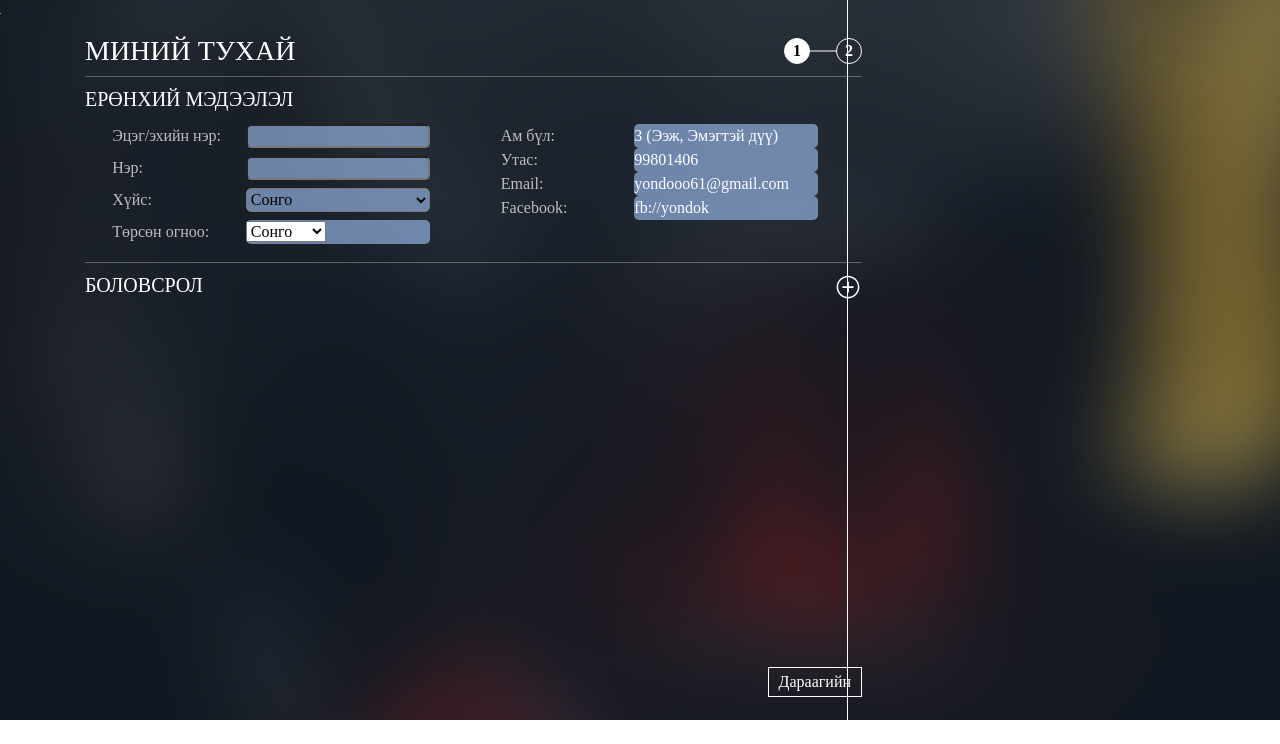
Repository: Yondo202/svProject
Page: /
An editor plug-in stored every save of this project. The page is shown before and after the next save, followed by the edit.
The browser window is 1280 px wide. The pictures show the whole page.
The project was rebuilt for these pictures with package versions that can differ from the ones it lists, and the page was loaded fresh each time. The framework's server and built-in components were replaced by stand-ins that run in the browser. Also part of the build but not shown: next.config.js, style/style.scss.

Above is the page before, as saved 2020-11-20 01:34:14.

### pages/_app.js
import React from "react";
import App from "next/app";
import '../style/style.scss'
import { AnimatePresence } from "framer-motion";
import { MenuProvider } from "@/miscs/ContextMenuProvider";
import { ThemeProvider } from "styled-components";
import * as theme from "@/miscs/theme";
import checkLanguage from "@/components/miscs/checkLanguage";

const base = "http://localhost:1337";

class MyApp extends App {
    state = {
        menu: [],
        completelyLoaded: false,
    };
    // async componentDidMount() {
    //     let res = await checkLanguage(queryString, null);
    //     this.setState({ completelyLoaded: true, menu: res.data.menu.Main});
    // }

    render() {
        const { Component, pageProps, router } = this.props;

        return (
            <ThemeProvider theme={theme}>
                <MenuProvider value={this.state}>
                    <AnimatePresence exitBeforeEnter>
                        <Component {...pageProps} key={router.route} />
                    </AnimatePresence>
                </MenuProvider>
            </ThemeProvider>
        );
    }
}

export default MyApp;

const queryString = ``

// const queryString = `
// {
// menu {
//     Main {
//     Title Slug Page {
//         Slug
//         }
//         }
//     }
// }`;

### pages/_document.js
import css from '../style/style.scss'
import Document, { Html, Head, Main, NextScript } from 'next/document'
import Pixel from "@/components/miscs/Pixel";

class MyDocument extends Document {
    render(){
        return(
            <Html lang="mn">
                <Head>
                    <link rel="stylesheet" href="https://stackpath.bootstrapcdn.com/bootstrap/4.3.1/css/bootstrap.min.css" integrity="sha384-ggOyR0iXCbMQv3Xipma34MD+dH/1fQ784/j6cY/iJTQUOhcWr7x9JvoRxT2MZw1T" crossOrigin="anonymous"/>
                    <link rel="shortcut icon" href="/img/ico.png" />
                    <link href="https://fonts.googleapis.com/css2?family=Roboto:wght@300;400;700&display=swap" rel="stylesheet"/>
                    <link href="https://fonts.googleapis.com/css2?family=Poppins:wght@300;400;500&display=swap" rel="stylesheet"></link>
                    <Pixel/>
                </Head>
                <body>
                    <Main/>
                    <NextScript/>
                </body>
            </Html>
        )
    }
}

export default MyDocument

### pages/index.js
import React from "react";
import { motion } from "framer-motion";
import Background from '../components/Top'
import Forms from '../components/mainForm'

function index() {
    return (
        <div>
            <Background />
            <Forms />
        </div>
    )
}

export default index




























// import Root from "@/core/Root";
// import ResolveComponent from "@/components/dynamic/ResolveComponent"
// import checkLanguage from "@/components/miscs/checkLanguage";
// import { MenuContext } from '@/miscs/ContextMenuProvider'
// import { useContext } from "react";

// const Index = ({ data }) => {

//     let { Layout } = data
//     const { completelyLoaded } = useContext(MenuContext);

//     return (
//         <motion.div exit={{ opacity: 0 }} initial={{ opacity: 0 }} animate={{ opacity: 1 }} >
//             <Root noFooter>
//                 {completelyLoaded &&
//                     <ResolveComponent data={Layout} />
//                 }
//             </Root>
//         </motion.div>
//     );

// };
// export default Index;

// export async function getServerSideProps({ params, req }) {
//     let res = await checkLanguage('/home', req, true);
//     return { props: { data: res.data } }
// }

### components/miscs/ContextMenuProvider.js
import React from 'react';

const MenuContext = React.createContext();

const MenuProvider = MenuContext.Provider
const MenuConsumer = MenuContext.Consumer

export {MenuProvider, MenuConsumer, MenuContext}

### components/miscs/theme.js
export const colorOne = "#532532";
export const colorTwo = "#123123";
export const fontSize = "16px";
export const fontFamily1 = "Poppins', sans-serif"

### components/miscs/checkLanguage.js
import fetch from "node-fetch";
import parseCookies from '@/miscs/parseCookies';

const checkLanguage = async (queryString, req, normal) =>{

    const cookies = parseCookies(req);
    const httpObject = { method: 'post', headers: { 'Content-Type': 'application/json'}, body: JSON.stringify({ query: `query ${queryString}`})}

    if(normal){
        return new Promise(async(resolve, reject) => {
            if(cookies['tb-lang'] === "en"){
                const res = await fetch(`http://localhost:1337${queryString}`);
                const pageData = await res.json();
                return resolve({data: pageData});
            }
            else{
                const res = await fetch(`http://localhost:1337${queryString}`);
                const pageData = await res.json();
                return resolve({data: pageData});
            }
        })
    }

    return new Promise(async(resolve, reject)=>{
      if(cookies['tb-lang'] === "en"){
          const res = await fetch('http://localhost:1337/graphql', httpObject)
          const pageData = await res.json()
          return resolve({data: pageData.data});
      }
      else{
          const res = await fetch('http://localhost:1337/graphql', httpObject)
          const pageData = await res.json()
          return resolve({data: pageData.data});
      }
    })

}

export default checkLanguage

### components/miscs/Pixel.js
import React from "react";

export default () => (
    <React.Fragment>
        <script
            dangerouslySetInnerHTML={{
                __html: `!function(f,b,e,v,n,t,s){if(f.fbq)return;n=f.fbq=function(){n.callMethod?n.callMethod.apply(n,arguments):n.queue.push(arguments)};if(!f._fbq)f._fbq=n;n.push=n;n.loaded=!0;n.version='2.0';n.queue=[];t=b.createElement(e);t.async=!0;t.src=v;s=b.getElementsByTagName(e)[0];s.parentNode.insertBefore(t,s)}(window,document,'script','https://connect.facebook.net/en_US/fbevents.js');fbq('init', '626874991348714'); fbq('track', 'PageView');`,
            }}
        />
        <noscript
            dangerouslySetInnerHTML={{
                __html: `<img height="1" width="1" src="https://www.facebook.com/tr?id=626874991348714&ev=PageView&noscript=1"/>`,
            }}
        />
    </React.Fragment>
);

### components/Top.js
// import React from 'react';

// const Test = ({data}) => {
//     return (
//         <div>
//             {data.Title && <h1>{data.Title}hahhaha</h1>}
//         </div>
//     );
// };

// export default Test;

import React from 'react'
import styled from 'styled-components'
function top({data}) {
    return (
        <Conainer style={{backgroundImage:"url('/img/Blur.png')"}}>
        </Conainer>
    )
}

export default top


const Conainer = styled.div`
    color:white;
    background-size: cover;
    background-position:center center;
    min-height: 80vh;
    max-height: 100vh;
    height: 100vh;
    width: 100%;
    position: fixed;
    top:0;
    z-index: -2;
`

### components/miscs/parseCookies.js
import cookie from 'cookie'

export default function parseCookies(req) {
    return cookie.parse(req ? req.headers.cookie || "" : document.cookie);
}

### components/form1.js
import React,{useState} from 'react'
import styled from 'styled-components'
import Modal from 'react-modal';
import {IoIosAddCircleOutline} from 'react-icons/io'
import {RiAddLine} from 'react-icons/ri'
import Education from '../components/education'
import Axios from 'axios';


const customStyles = {
    content : {
      top                   : '50%',
      left                  : '50%',
      right                 : 'auto',
      bottom                : 'auto',
      marginRight           : '-50%',
      transform             : 'translate(-50%, -50%)'
    }
  };

function form1() {
    var subtitle;
    const [modalIsOpen,setIsOpen] = React.useState(false);
    function openModal() {
      setIsOpen(true);
    }
    function closeModal(){
    setIsOpen(false);
    }
    const [Value,setValue] = useState('хоосон');


    const handleClick = async (e) =>{
        e.preventDefault();
        let rs = document.querySelectorAll('.getinput');
        let arr = Array.from(rs);
        let final = {};
        arr.map(element=>{
            let field = element.name;
            let value = element.value;
            final[field] = value
        });
        console.log(final, "kekeke")
        await Axios.post('http://localhost:1337/forms', final);
    }
    // const capitalize = (s) => {
    //     if (typeof s !== 'string') return ''
    //     return s.charAt(0).toUpperCase() + s.slice(1)
    //   }

    return (
        <Conainer>
            <div className="headerPAr">
                <h5 className="title">ЕРӨНХИЙ МЭДЭЭЛЭЛ</h5>
            </div>
            <div className="ParentInfo">
                <div className="colOne">
                    <div className="main-info">
                        <label className="B">Эцэг/эхийн нэр:</label>
                        <input className="getinput val" type="text" name="parent" />
                    </div>
                    <div className="main-info">
                        <label className="B">Нэр:</label>
                        <input className="getinput val" type="text" name="name" />
                    </div>
                    <div className="main-info">
                        <label className="B">Хүйс:</label>
                        <select className="getinput val" name="sex" placeholder="сүно">
                            <option value="" >Сонго</option>
                            <option value="man">Эрэгтэй</option>
                            <option value="women">Эмэгтэй</option>
                        </select>
                    </div>
                    <div className="main-info">
                        <label className="B">Төрсөн огноо:</label>
                        <div className="val">
                            <select className="getinput" name="sex" placeholder="сүно">
                                <option value="" >Сонго</option>
                                <option value="man">Эрэгтэй</option>
                                <option value="women">Эмэгтэй</option>
                            </select>
                        </div>

                    </div>
                </div>

                <div className="colOne">
                    <div className="main-info">
                        <span className="B">Ам бүл:</span>
                        <span className="val">3 (Ээж, Эмэгтэй дүү)</span>
                    </div>
                    <div className="main-info">
                        <span className="B">Утас:</span>
                        <span className="val">99801406</span>
                    </div>
                    <div className="main-info">
                        <span className="B">Email:</span>
                        <span className="val">yondooo61@gmail.com</span>
                    </div>
                    <div className="main-info">
                        <span className="B">Facebook:</span>
                        <span className="val">fb://yondok</span>
                    </div>
                </div>
            </div>

            <Education />
        </Conainer>
    )
}

export default form1

const Conainer = styled.div`
    padding-top:10px;
    .headerPAr{
        width:70%;
        display:flex;
        flex-direction:row;
        justify-content:space-between;
        margin-bottom:5px;
        .svgBtn{
            cursor:pointer;
            font-size:28px;
            border-radius:50%;
            transition:all 0.3s ease;
            &:hover{
                color:black;
                background:white;
            }
        }
    }
    .ParentInfo{
         display:flex;
         flex-direction: row;
         justify-content:space-around;
         width:70%;
         font-size:16px;
         border-bottom: solid 0.5px rgba(255,255,255, 0.3);
         padding-bottom:10px;
         .colOne{
             width:43%;
             .main-info{
                display:flex;
                flex-direction:row;
                justify-content:start;

                 .B{
                     color:rgba(255,255,255, 0.7);
                     width:40%;
                 }
                 .val{
                    border-radius:5px;
                    width:55%;
                    background:rgba(166,200,255, 0.6);
                    height:24px;
                 }
             }
         }
    }
    @media only screen and (max-width:786px){
        .headerPAr{
            width:100%;
        }
        .ParentInfo{
            flex-direction: column;
            width:100%;
            .colOne{
                width:100%;
            }
        }
    }
`

### components/form2.js
import React from 'react'
import styled from 'styled-components'
import Modal from 'react-modal';
import {IoIosAddCircleOutline} from 'react-icons/io'
import {RiAddLine} from 'react-icons/ri'
import Education from '../components/education'


const customStyles = {
    content : {
      top                   : '50%',
      left                  : '50%',
      right                 : 'auto',
      bottom                : 'auto',
      marginRight           : '-50%',
      transform             : 'translate(-50%, -50%)'
    }
  };

function form2() {
    var subtitle;
    const [modalIsOpen,setIsOpen] = React.useState(false);
    function openModal() {
      setIsOpen(true);
    }
    function afterOpenModal() {
        // references are now sync'd and can be accessed.
        subtitle.style.color = '#0E3232';
      }
    function closeModal(){
    setIsOpen(false);
    }
    return (
        <Conainer>
            <div className="headerPAr">
                <h5 className="title">ЕРӨНХИЙ МЭДЭЭЛЭЛ</h5>
                <div>
                <IoIosAddCircleOutline  className="svgBtn" onClick={openModal} />
                {/* <span  className="svgBtn" onClick={openModal}>+</span> */}
                    <Modal
                        isOpen={modalIsOpen}
                        onAfterOpen={afterOpenModal}
                        onRequestClose={closeModal}
                        style={customStyles}
                        contentLabel="Example Modal"
                    >
                        {/* <h2 ref={_subtitle => (subtitle = _subtitle)}>Hello</h2> */}
                        <button onClick={closeModal}>close</button>
                        <form>
                            {/* <input />
                            <button>tab navigation</button>
                            <button>stays</button>
                            <button>inside</button>
                            <button>the modal</button> */}
                        </form>
                    </Modal>
                    </div>
                </div>
            <div className="ParentInfo">
                <div className="colOne">
                    <div className="main-info">
                        <span className="B">Эцэг/эхийн нэр:</span>
                        <span className="val">Гантулга</span>
                    </div>
                    <div className="main-info">
                        <span className="B">Нэр:</span>
                        <span className="val">Ёндонжамц</span>
                    </div>
                    <div className="main-info">
                        <span className="B">Хүйс:</span>
                        <span className="val">Эр</span>
                    </div>
                    <div className="main-info">
                        <span className="B">Төрсөн огноо:</span>
                        <span className="val">1996-05-10</span>
                    </div>
                </div>

                <div className="colOne">
                    <div className="main-info">
                        <span className="B">Ам бүл:</span>
                        <span className="val">3 (Ээж, Эмэгтэй дүү)</span>
                    </div>
                    <div className="main-info">
                        <span className="B">Утас:</span>
                        <span className="val">99801406</span>
                    </div>
                    <div className="main-info">
                        <span className="B">Email:</span>
                        <span className="val">yondooo61@gmail.com</span>
                    </div>
                    <div className="main-info">
                        <span className="B">Facebook:</span>
                        <span className="val">fb://yondok</span>
                    </div>
                </div>
            </div>

            <Education />
        </Conainer>
    )
}

export default form2

const Conainer = styled.div`
    padding-top:10px;
    .headerPAr{
        width:70%;
        display:flex;
        flex-direction:row;
        justify-content:space-between;
        margin-bottom:5px;
        .svgBtn{
            cursor:pointer;
            font-size:28px;
            border-radius:50%;
            transition:all 0.3s ease;
            &:hover{
                color:black;
                background:white;
            }
        }
    }
    .ParentInfo{
         display:flex;
         flex-direction: row;
         justify-content:space-around;
         width:70%;
         font-size:16px;
         border-bottom: solid 0.5px rgba(255,255,255, 0.3);
         padding-bottom:10px;
         .colOne{
             width:43%;
             .main-info{
                display:flex;
                flex-direction:row;
                justify-content:space-between;

                 .B{
                     color:rgba(255,255,255, 0.7);
                     width:40%;
                 }
                 .val{
                    // margin-left:15px;
                    width:55%;
                 }
             }
         }
    }
`

### components/education.js
import React from 'react'
import styled from 'styled-components'
import {IoIosAddCircleOutline} from 'react-icons/io'
import Modal from 'react-modal';

const customStyles = {
    content : {
      top                   : '50%',
      left                  : '50%',
      right                 : 'auto',
      bottom                : 'auto',
      marginRight           : '-50%',
      transform             : 'translate(-50%, -50%)'
    }
  };
function education() {
    var subtitle;
    const [modalIsOpen,setIsOpen] = React.useState(false);
    function openModal() {
      setIsOpen(true);
    }
    function afterOpenModal() {
        // references are now sync'd and can be accessed.
        subtitle.style.color = '#0E3232';
      }
    function closeModal(){
    setIsOpen(false);
    }


    return (
        <Container>
            <div className="headerPAr">
                <h5 className="title">БОЛОВСРОЛ</h5>
                <div>
                <IoIosAddCircleOutline className="svgBtn" onClick={openModal} />
                    <Modal
                        isOpen={modalIsOpen}
                        onAfterOpen={afterOpenModal}
                        onRequestClose={closeModal}
                        style={customStyles}
                        contentLabel="Example Modal"
                    >
                        <h2 ref={_subtitle => (subtitle = _subtitle)}>Hello</h2>
                        <button onClick={closeModal}>close</button>
                        <form>
                            <input />
                            <button>tab navigation</button>
                            <button>stays</button>
                            <button>inside</button>
                            <button>the modal</button>
                        </form>
                    </Modal>
                    </div>
                </div>
        </Container>
    )
}

export default education


const Container = styled.div`
    padding-top:10px;

`

Loaded but not shown: components/mainForm.js (180 lines, source omitted)

After the next save:
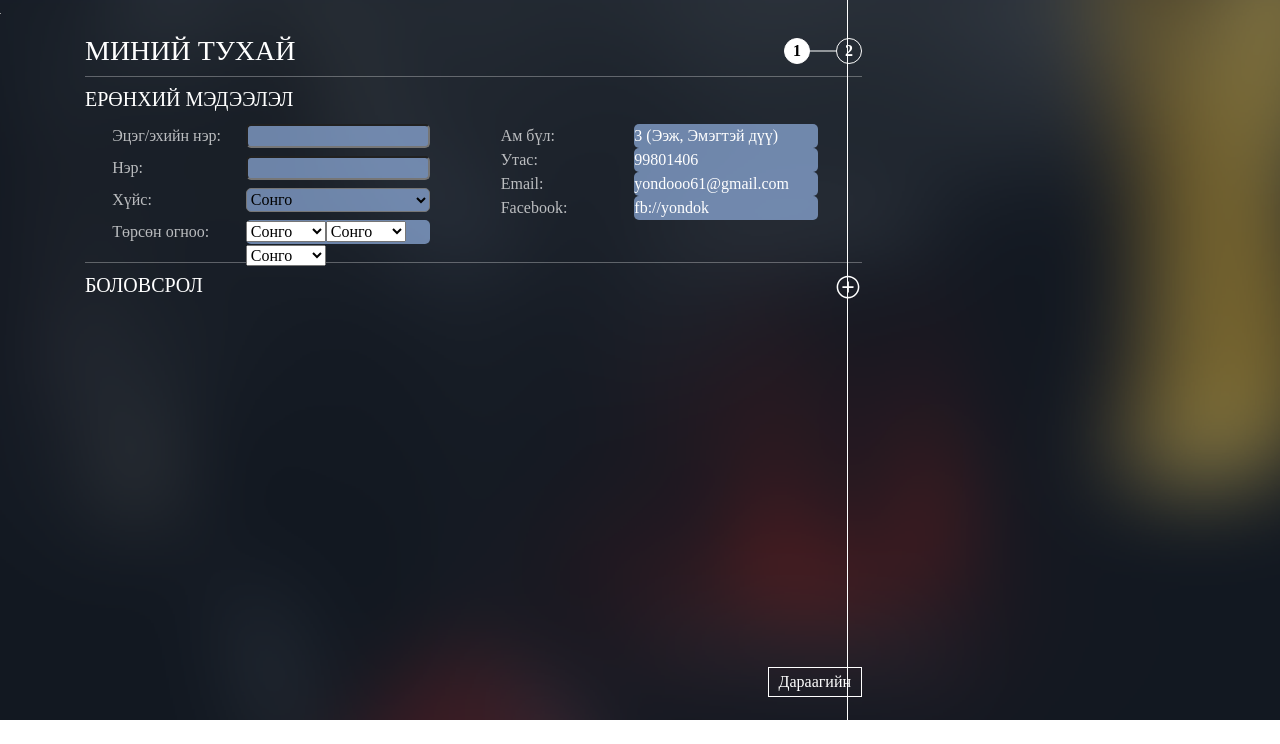
Saved 6 s later.
--- a/components/form1.js
+++ b/components/form1.js
@@ -74,6 +74,16 @@ function form1() {
                     <div className="main-info">
                         <label className="B">Төрсөн огноо:</label>
                         <div className="val">
+                            <select className="getinput" name="sex" placeholder="сүно">
+                                <option value="" >Сонго</option>
+                                <option value="man">Эрэгтэй</option>
+                                <option value="women">Эмэгтэй</option>
+                            </select>
+                            <select className="getinput" name="sex" placeholder="сүно">
+                                <option value="" >Сонго</option>
+                                <option value="man">Эрэгтэй</option>
+                                <option value="women">Эмэгтэй</option>
+                            </select>
                             <select className="getinput" name="sex" placeholder="сүно">
                                 <option value="" >Сонго</option>
                                 <option value="man">Эрэгтэй</option>
